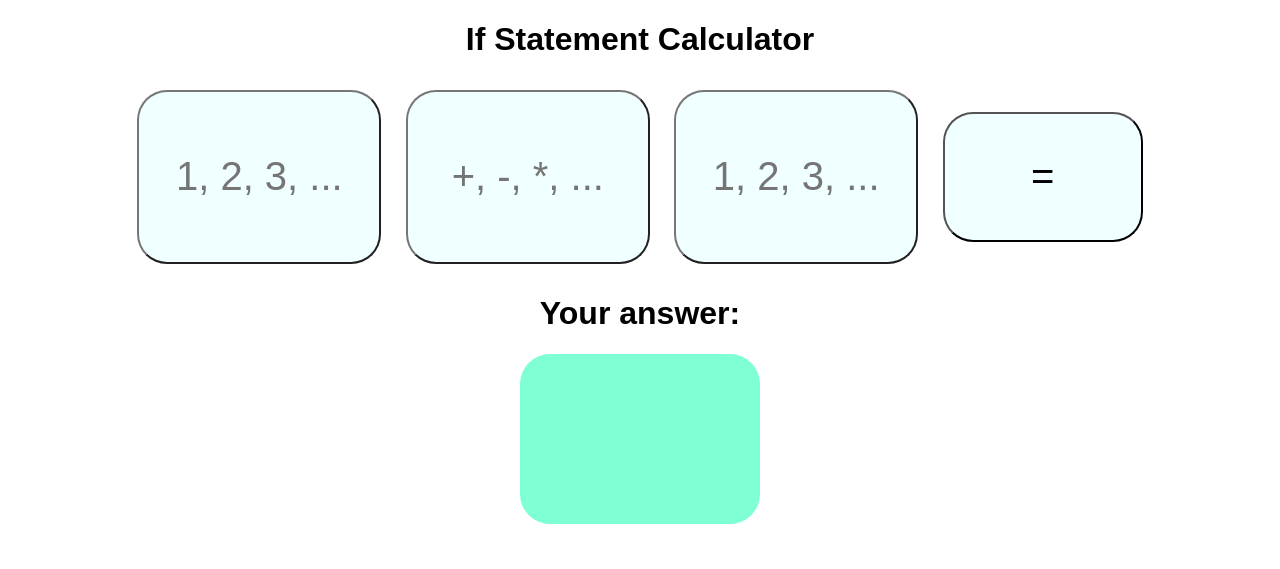
Repository: WesleyErasmus/threeInputCalculator
Page: html/if-calculator.html
These files come from the project's save history. The page is drawn as it stood at one moment and after the next save; the edit follows.
The browser window is 1280 px wide. The pictures show the whole page.

Above is the page before, as saved 2022-04-27 22:24:39.

### html/if-calculator.html
<!DOCTYPE html>
<html lang="en">
<head>
    <meta charset="UTF-8">
    <meta http-equiv="X-UA-Compatible" content="IE=edge">
    <meta name="viewport" content="width=device-width, initial-scale=1.0">
    <title>JS If Calculator</title>
    <link rel="stylesheet" href="/css/stylesheet.css">
    <script src="/js/if-calculator.js"></script>

</head>
<body>

<center>
    <form onsubmit="return false;">
        <h1>If Statement Calculator</h1>
        <!-- <div class="inputField"> -->
        <!-- <label for="input1">Enter a number</label> -->
         <input id="input1" type="text" name = "input1" placeholder="1, 2, 3, ..."> <!-- input-1 -->
        </div>
        <!-- <div class="inputField"> -->
         <!-- <label for="input3">Enter operator</label> -->
         <input id="input3" type="text" name = "input3" placeholder="+, -, *, ..."> <!-- input-3 (operator) -->
        </div>
        <!-- <div class="inputField"> -->
         <!-- <label for="input2">Enter a number </label> -->
         <input id="input2" type="text" name = "input2" placeholder="1, 2, 3, ..."> <!-- input-2 -->
        </div>
         <button onclick="sum()">=</button>
         <h1>Your answer:</h1>
         <p id="output"></p>
    </form>
</center>
</body>
</html>

### css/stylesheet.css
body {
font-family: sans-serif;
}
form {
display: block;
margin: 0 auto;
}
input {
    background-color: azure;
    width: 200px;
    height: 130px;
    padding: 20px;
    margin: 10px;
    text-align: center;
    font-size: 40px;
    border-radius: 30px;
    border: 5px solid outset;
    border-style:outset;
}
button {
    background-color: azure;
    width: 200px;
    height: 130px;
    padding: 0;
    margin: 10px;
    font-size: 40px;
    border-radius: 30px;
}
p {
    text-align: center !important;
    vertical-align: middle !important;
    margin: 10px;
    width: 200px;
    height: 130px;
    padding: 20px;
    font-size: 75px;
    border-radius: 30px;
    background-color: aquamarine;
}

### js/if-calculator.js
function sum() {
const num1 = document.getElementById("input1").value;
const num2 = document.getElementById("input2").value;
const operator = document.getElementById("input3").value;
const output = document.getElementById("output").value;
  let answer;
  document.getElementById("output").value;
  if (operator == '+') {
    answer = +num1 + +num2;
    document.getElementById("output").innerHTML = answer;
  } else if (operator == '-') {
    answer = num1 - num2;
    document.getElementById("output").innerHTML = answer;
  } else if (operator == '*') {
    answer = num1 * num2;
    document.getElementById("output").innerHTML = answer;
  } else {
    answer = num1 / num2;
    document.getElementById("output").innerHTML = answer;
  }console.log(answer);
}

After the next save:
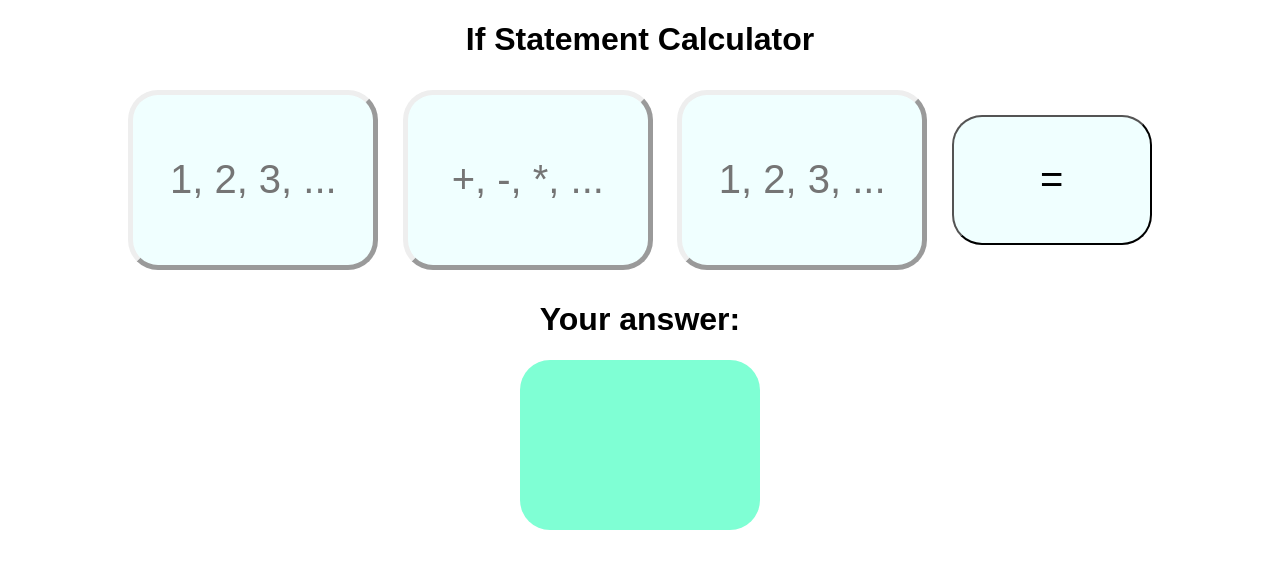
Saved 10 s later.
--- a/css/stylesheet.css
+++ b/css/stylesheet.css
@@ -14,8 +14,8 @@ input {
     text-align: center;
     font-size: 40px;
     border-radius: 30px;
-    border: 5px solid outset;
-    border-style:outset;
+    border: 5px outset;
+    /* border-style:outset; */
 }
 button {
     background-color: azure;
